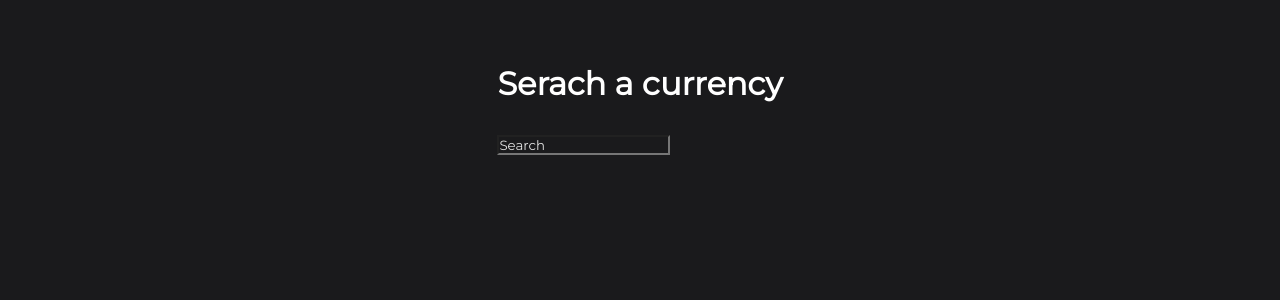
Repository: Malooyyy/crypto-tracker
Page: /
The author's editor kept a copy of each file at every save. The page is drawn from the files as they stood at one save, then again after the next save.
The browser window is 1280 px wide. The pictures show the whole page.
The page's requests for data from a server got no answer. The project was rebuilt for these pictures with package versions that can differ from the ones it lists, and the page was loaded fresh each time. No one was signed in, and anything a server would have sent is missing. Also part of the build but not shown: src/Coin.css, src/Coin.js.

Above is the page before, as saved 2022-06-29 00:18:40.

After the next save:
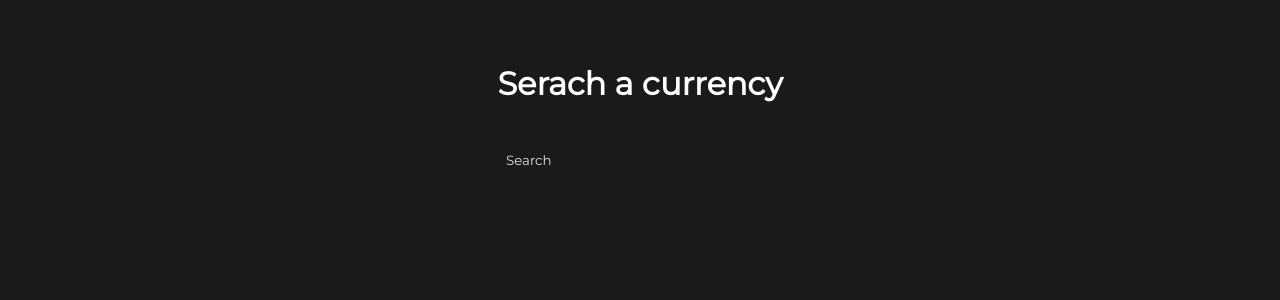
Saved 9 h 3 min later.
--- a/src/index.css
+++ b/src/index.css
@@ -30,7 +30,7 @@
   text-align: center;
 }
 
-.coin-inputs {
+.coin-input {
   padding-left: 16px;
   width: 300px;
   height: 50px;
